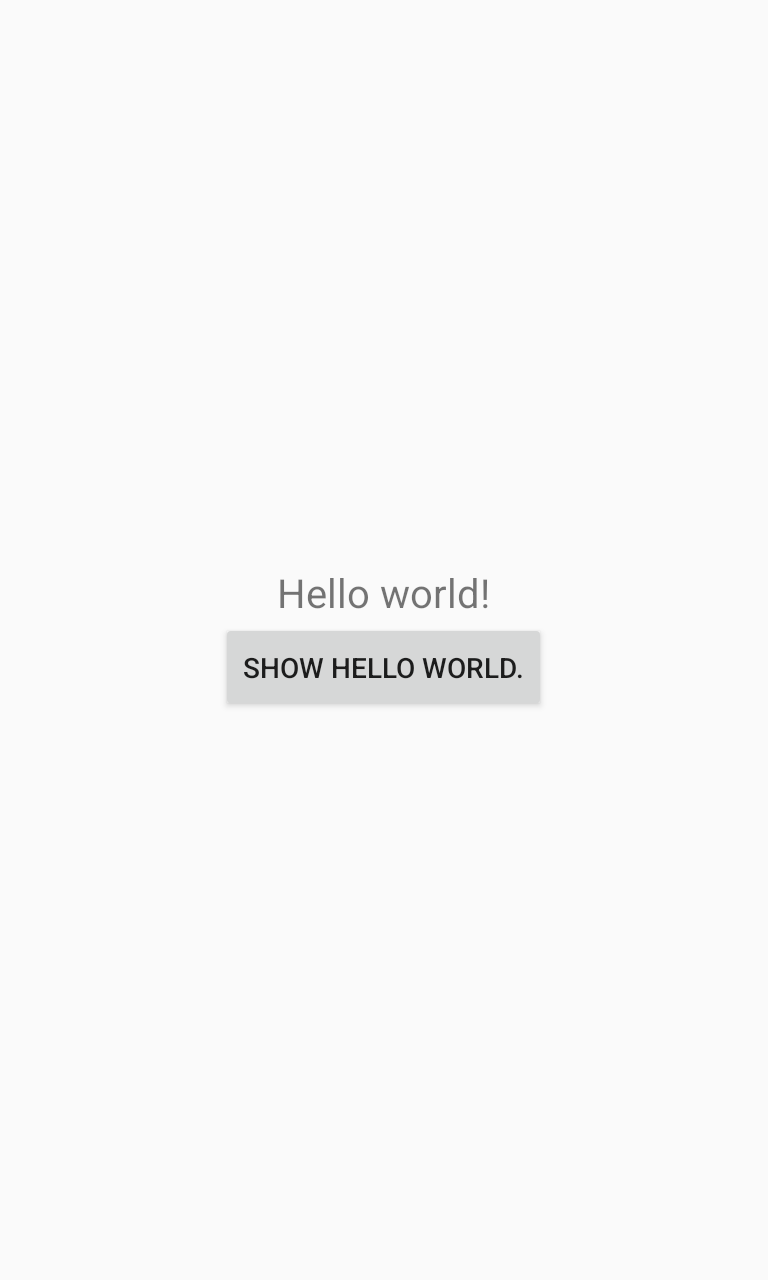
Repository: JoanneCaroll/EventHandling
Layout: EventHandling/res/layout/activity_main.xml
The author's editor kept a copy of each file at every save. The layout is drawn from the files as they stood at one save, then again after the next save.
It is drawn on a 768 x 1280 px phone screen (xhdpi) without system bars, with theme AppTheme; the app's code is not run.

Above is the layout before, as saved 2014-10-28 06:13:07.

After the next save:
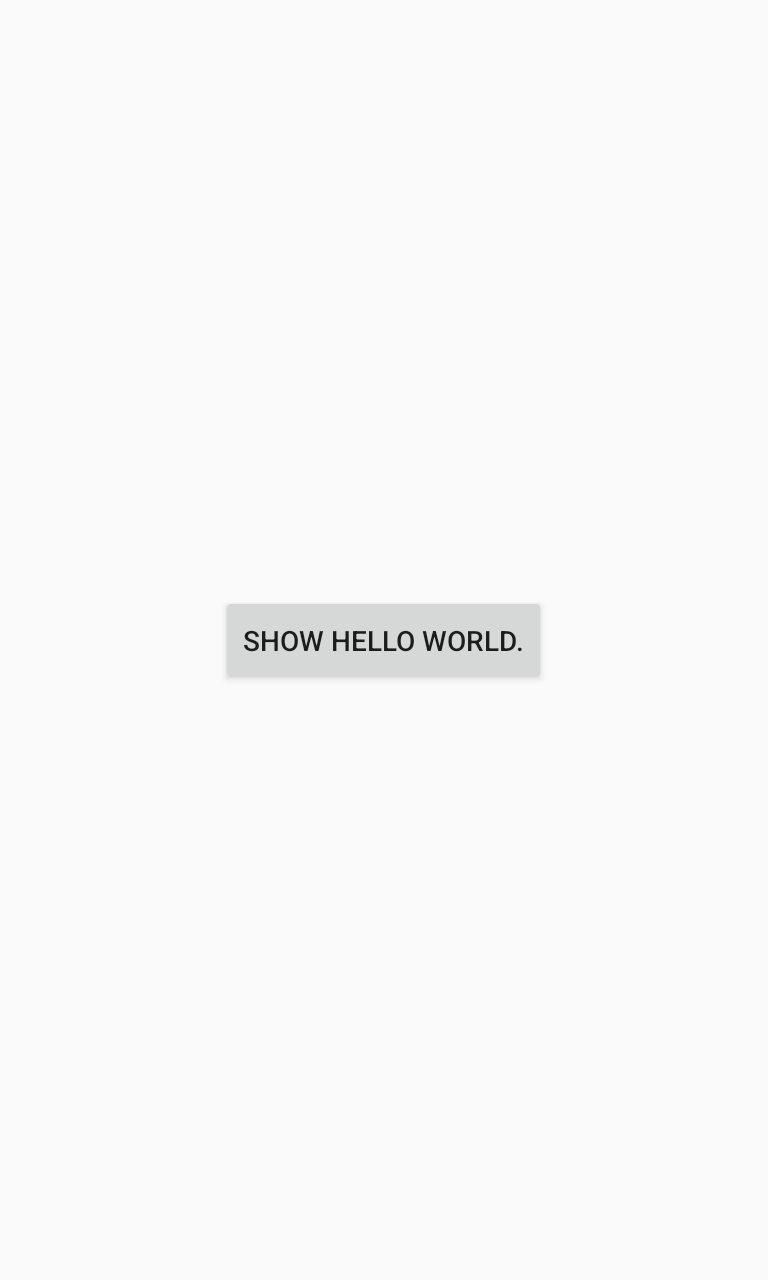
Saved 74 s later.
--- a/EventHandling/res/layout/activity_main.xml
+++ b/EventHandling/res/layout/activity_main.xml
@@ -10,7 +10,7 @@
         android:layout_width="wrap_content"
         android:layout_height="wrap_content"
         android:text="@string/hello_world"
-        android:visibility="false"
+        android:visibility="gone"
         android:textSize="20dp"/>
     <Button
         android:id="@+id/showButton"
